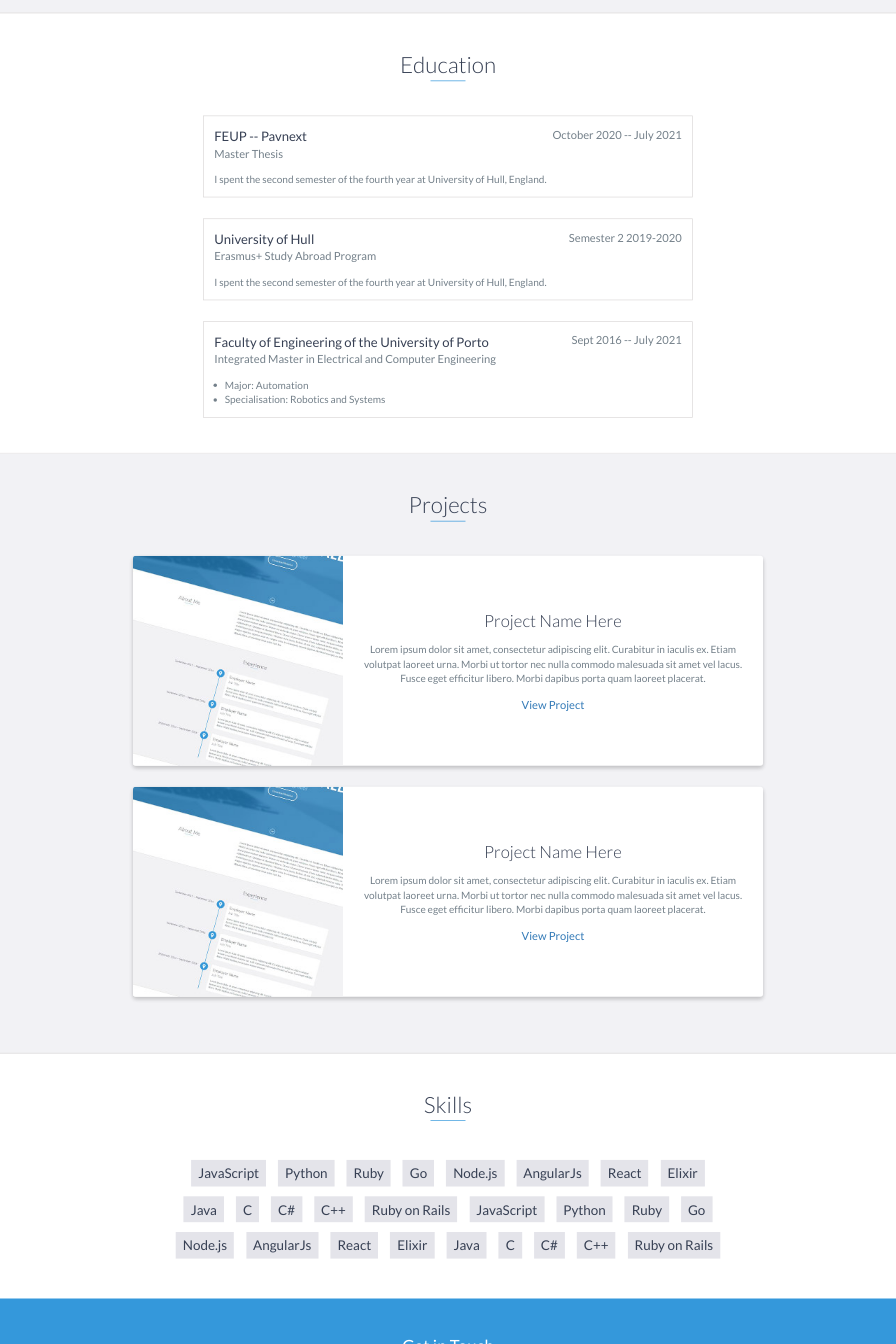
Repository: josegneto/josegneto.github.io
Page: index.html
These files come from the project's save history. The page is drawn as it stood at one moment and after the next save; the edit follows.
The browser window is 1280 px wide. The pictures show the part of the page from y = 1800 to 3720 px (the page is 4203 px tall before and 4224 px after), at 70% of full size.

Above is the page before, as saved 2021-11-30 11:31:26.

After the next save:
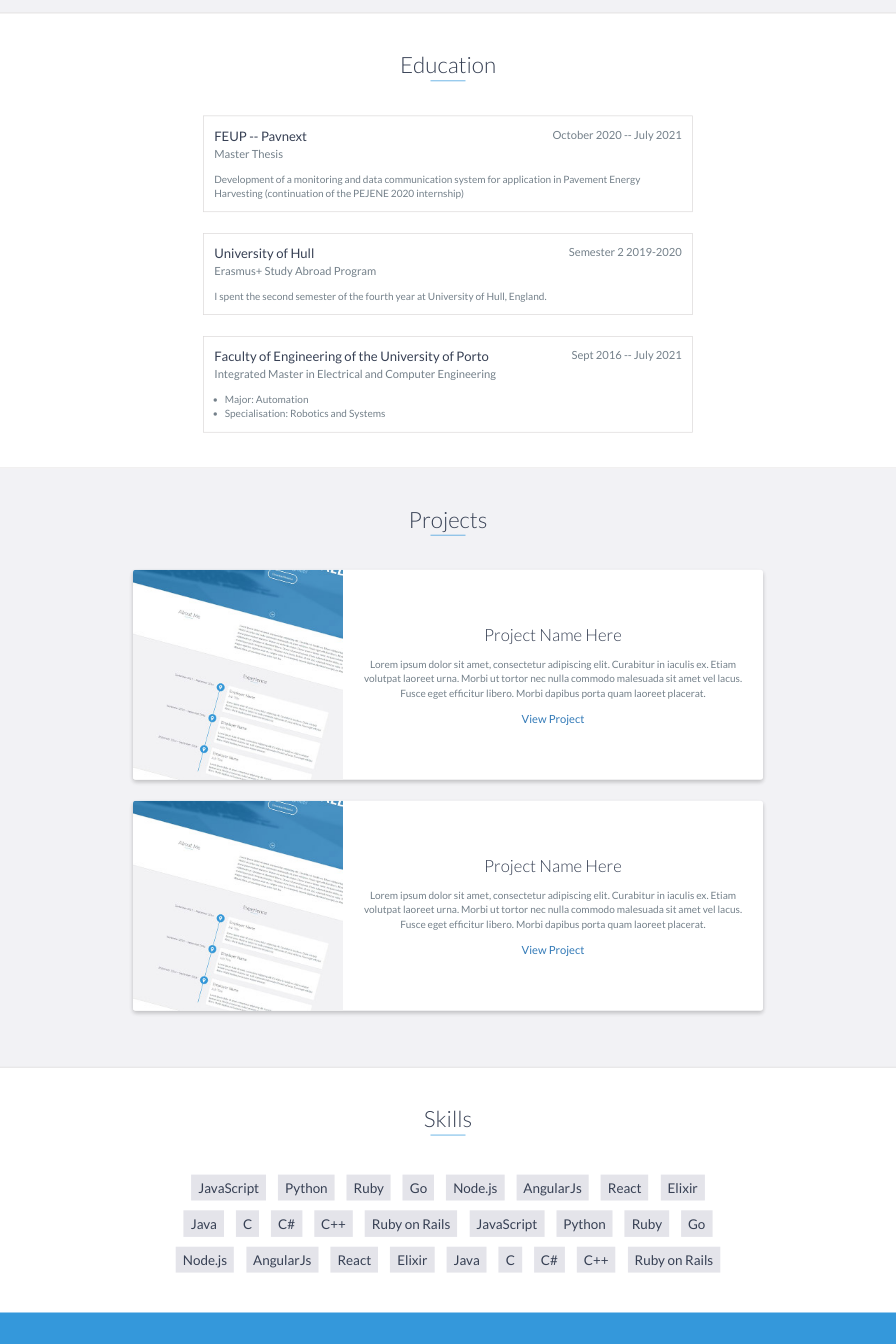
Saved 10 s later.
--- a/index.html
+++ b/index.html
@@ -119,8 +119,7 @@
             <span class="education-date">October 2020 -- July 2021</span>
             <h4>Master Thesis</h4>
             <p>
-                I spent the second semester of the fourth year at University of Hull,
-                England.
+                Development of a monitoring and data communication system for application in Pavement Energy Harvesting (continuation of the PEJENE 2020 internship)
             </p>
         </div>
         <div class="education-block">
